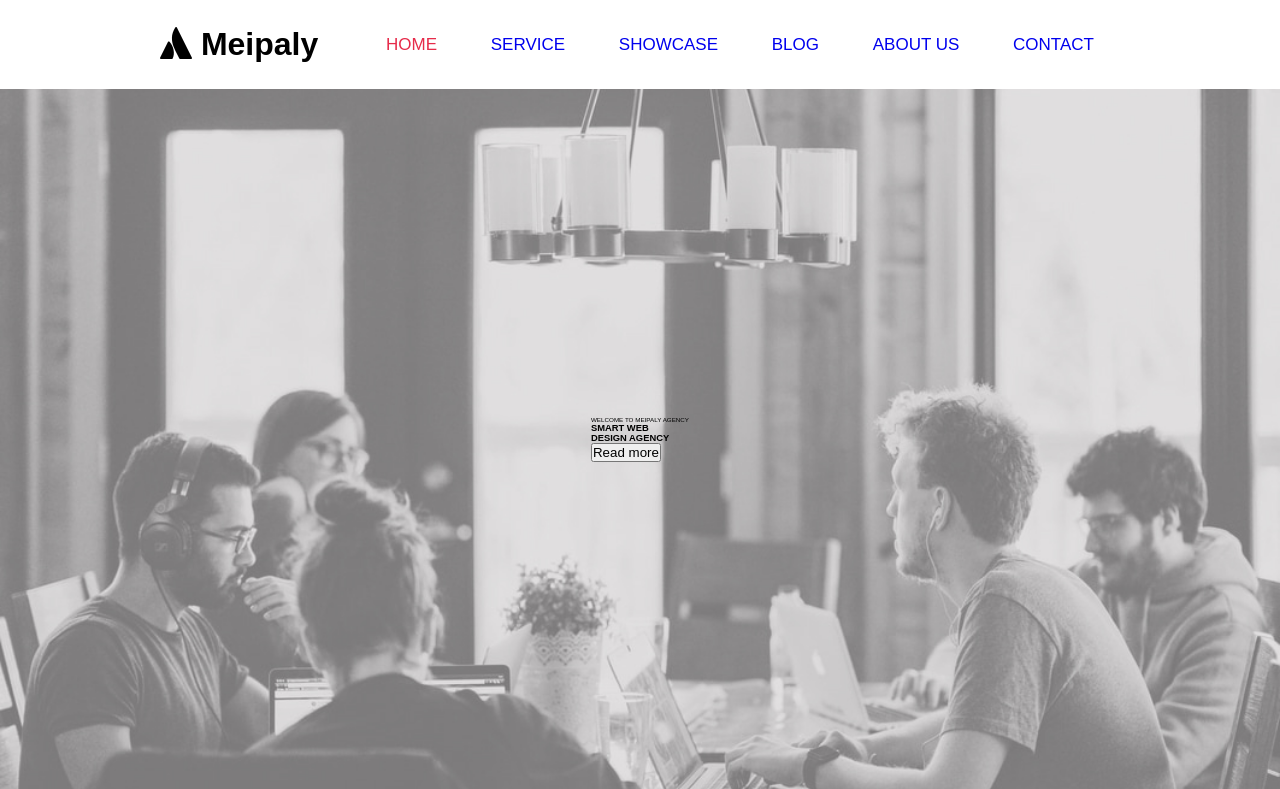
Repository: tudo1611/BC44_HTML5-CSS3_B6_MAIPALY_DO-TRUNG-TU
Page: index.html
These files come from the project's save history. The page is drawn as it stood at one moment and after a run of saves; the edit follows.
The browser window is 1280 px wide. The pictures show the whole page.

Above is the page before, as saved 2023-01-15 14:48:25.

After the next 5 saves:
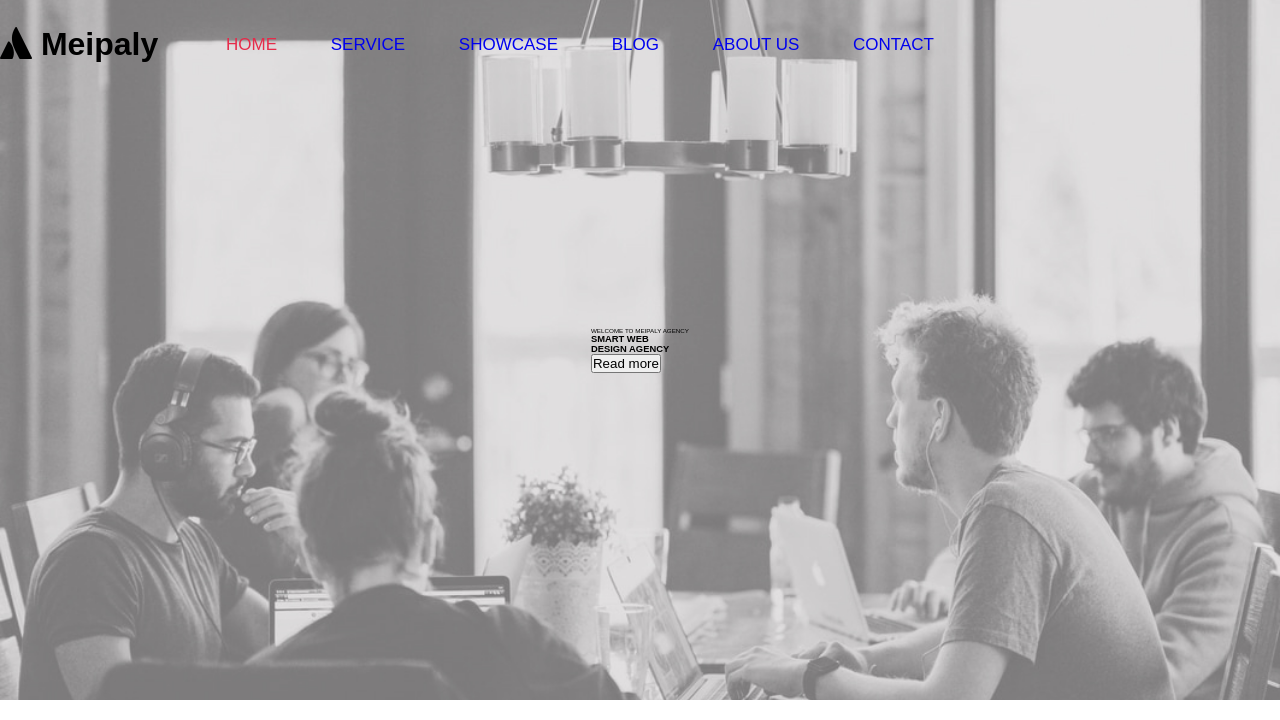
The 5 saves are shown as one change because they came seconds apart.
The last was saved 104 s later.
--- a/css/style.css
+++ b/css/style.css
@@ -22,6 +22,8 @@
   justify-content: space-between;
   align-items: center;
   padding: 2.6rem 0;
+  position: absolute;
+  z-index: 10;
 }
 .header__content ul {
   list-style: none;

After the 2 saves that followed:
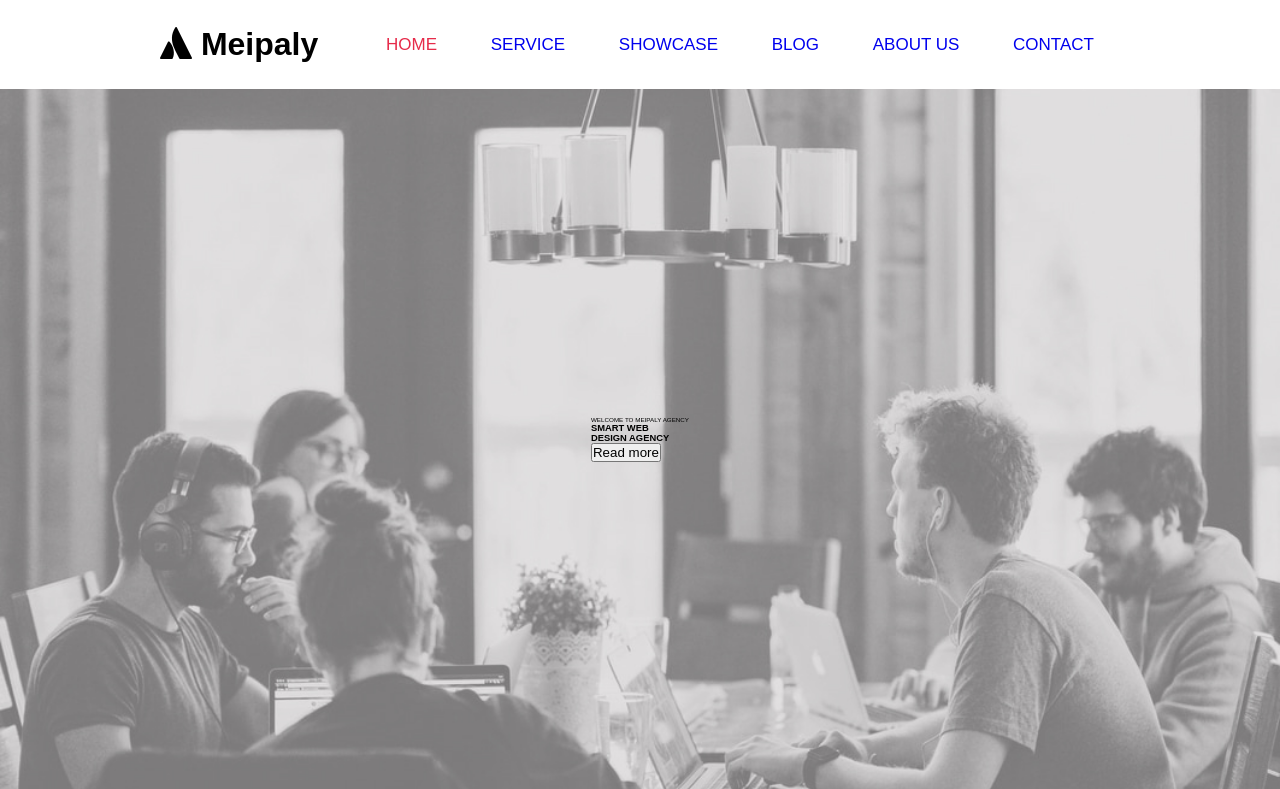
The 2 saves are shown as one change because 1 left the picture as it was.
The last was saved 2 min 26 s later.
--- a/css/style.css
+++ b/css/style.css
@@ -12,6 +12,7 @@
 header {
   background-color: transparent;
   border-bottom: 1px solid rgba(0, 0, 0, 0.2);
+  position: absolute;
 
   width: 100%;
 }
@@ -22,7 +23,6 @@
   justify-content: space-between;
   align-items: center;
   padding: 2.6rem 0;
-  position: absolute;
   z-index: 10;
 }
 .header__content ul {
